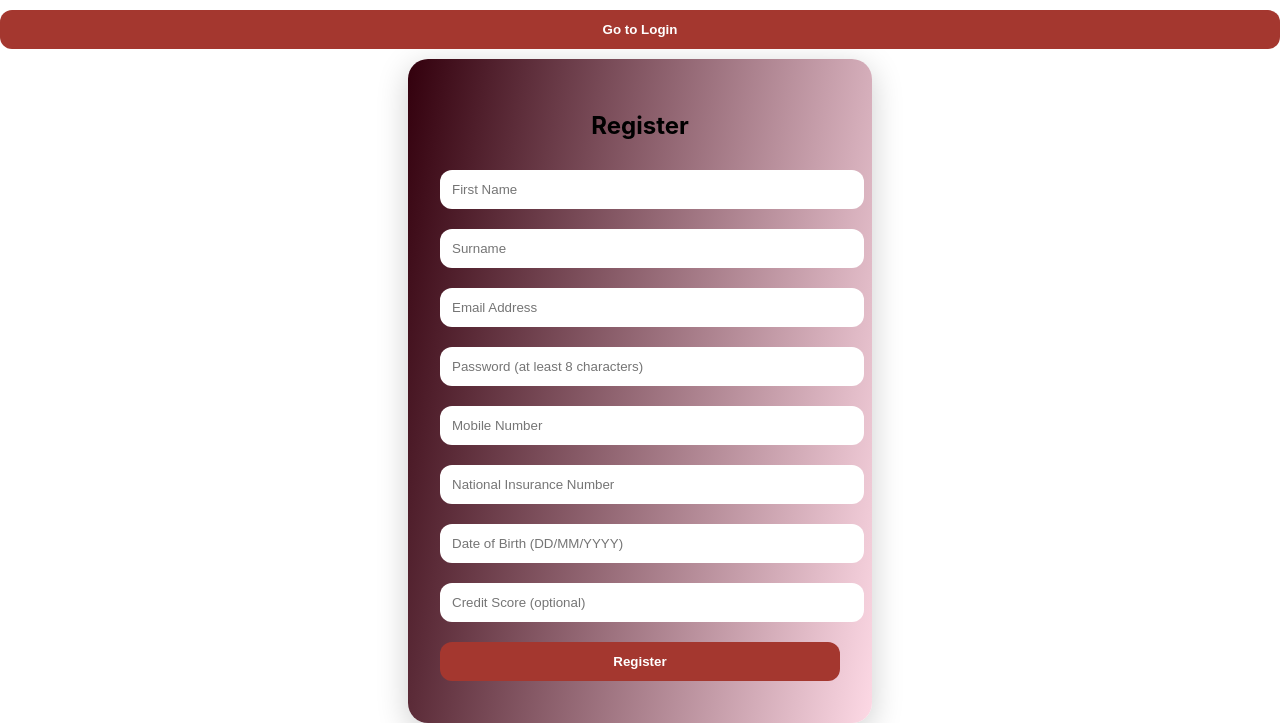
Repository: aab232/https---github.com-aab232-Deferred-Payment-Platform
Page: / (app in frontend/), after clicking the first element matching `button`
The author's editor kept a copy of each file at every save. The page is drawn from the files as they stood at one save, then again after the next save.
The browser window is 1280 px wide. The pictures show the whole page.
The project was rebuilt for these pictures with package versions that can differ from the ones it lists, and the page was loaded fresh each time.

Above is the page before, as saved 2025-03-14 01:29:29.

### frontend/src/App.js
import React, { useState } from "react";
import Register from "./components/Register";
import Login from "./components/Login";

const App = () => {
    const [showLogin, setShowLogin] = useState(true);

    return (
        <div>
            <button onClick={() => setShowLogin(!showLogin)}>
                {showLogin ? "Go to Register" : "Go to Login"}
            </button>
            {showLogin ? <Login /> : <Register />}
        </div>
    );
};

export default App;

### frontend/src/components/Register.js
import React, { useState } from "react";
import axios from "axios";
import { NumericFormat } from "react-number-format"; // Corrected import
import "./Register.css";

const Register = () => {
    const [formData, setFormData] = useState({
        firstName: "",
        surname: "",
        email: "",
        password: "",
        mobileNumber: "",
        niNumber: "",
        date_of_birth: "",
        credit_score: "",
    });

    const handleChange = (e) => {
        setFormData({ ...formData, [e.target.name]: e.target.value });
    };

    const handleSubmit = async (e) => {
        e.preventDefault();
        try {
            const response = await axios.post("http://localhost:5000/register", formData);
            alert(response.data.message);
        } catch (error) {
            alert(error.response?.data.message || "Registration failed.");
        }
    };

    return (
        <div className="form-container">
            <h2>Register</h2>
            <form onSubmit={handleSubmit}>
                <input
                    type="text"
                    name="firstName"
                    placeholder="First Name"
                    value={formData.firstName}
                    onChange={handleChange}
                    required
                />
                <input
                    type="text"
                    name="surname"
                    placeholder="Surname"
                    value={formData.surname}
                    onChange={handleChange}
                    required
                />
                <input
                    type="email"
                    name="email"
                    placeholder="Email Address"
                    value={formData.email}
                    onChange={handleChange}
                    required
                />
                <input
                    type="password"
                    name="password"
                    placeholder="Password (at least 8 characters)"
                    value={formData.password}
                    onChange={handleChange}
                    required
                />
                <input
                    type="text"
                    name="mobileNumber"
                    placeholder="Mobile Number"
                    value={formData.mobileNumber}
                    onChange={handleChange}
                    required
                />
                <input
                    type="text"
                    name="niNumber"
                    placeholder="National Insurance Number"
                    value={formData.niNumber}
                    onChange={handleChange}
                    required
                />
                <NumericFormat
                    format="##/##/####"
                    mask="_"
                    name="date_of_birth"
                    placeholder="Date of Birth (DD/MM/YYYY)"
                    value={formData.date_of_birth}
                    onChange={handleChange}
                    required
                />
                <input
                    type="text"
                    name="credit_score"
                    placeholder="Credit Score (optional)"
                    value={formData.credit_score}
                    onChange={handleChange}
                />
                <button type="submit">Register</button>
            </form>
        </div>
    );
};

export default Register;

### frontend/src/components/Login.js
import React, { useState } from "react";
import axios from "axios";
import "./Login.css"; // Import the CSS for Login page

const Login = () => {
    const [formData, setFormData] = useState({
        email: "",
        password: "",
    });

    const handleChange = (e) => {
        setFormData({ ...formData, [e.target.name]: e.target.value });
    };

    const handleSubmit = async (e) => {
        e.preventDefault();
        try {
            const response = await axios.post("http://localhost:5000/login", formData);
            alert(response.data.message);
        } catch (error) {
            alert(error.response?.data.message || "Login failed.");
        }
    };

    return (
        <div className="container">
            <h2>Login</h2>
            <form onSubmit={handleSubmit}>
                {Object.keys(formData).map((field) => (
                    <input
                        key={field}
                        type={field === "password" ? "password" : "text"}
                        name={field}
                        placeholder={field}
                        value={formData[field]}
                        onChange={handleChange}
                        required
                    />
                ))}
                <button type="submit">Login</button>
            </form>
        </div>
    );
};

export default Login;

### frontend/src/components/Register.css
/* Styling for the Registration Form */
.form-container {
    max-width: 400px;
    margin: auto;
    padding: 2rem;
    background: linear-gradient(100deg, #33000D, #FDD9E5);
    border-radius: 20px;
    box-shadow: 0 8px 32px rgba(0, 0, 0, 0.2);
    text-align: center;
  }

  input, button {
    margin: 10px 0;
    padding: 12px;
    width: 100%;
    border-radius: 12px;
    border: none;
  }

  button {
    background-color: #6a11cb;
    color: white;
    font-weight: bold;
    cursor: pointer;
  }

  p {
    cursor: pointer;
    color: #6a11cb;
  }

### frontend/src/components/Login.css
/* Styling for the Login Form */
.container {
    max-width: 400px;
    margin: auto;
    padding: 2rem;
    background: linear-gradient(100deg, #33000D, #FDD9E5);
    border-radius: 20px;
    box-shadow: 0 8px 32px rgba(0, 0, 0, 0.2);
    text-align: center;
  }

  input, button {
    margin: 10px 0;
    padding: 12px;
    width: 100%;
    border-radius: 12px;
    border: none;
  }

  button {
    background-color: #a4372f;
    color: white;
    font-weight: bold;
    cursor: pointer;
  }

  p {
    cursor: pointer;
    color: #a4372f;
  }

Loaded but not shown: frontend/public/index.html (common file); frontend/src/index.js (common file); frontend/src/index.css (common file); frontend/src/reportWebVitals.js (common file)

After the next save:
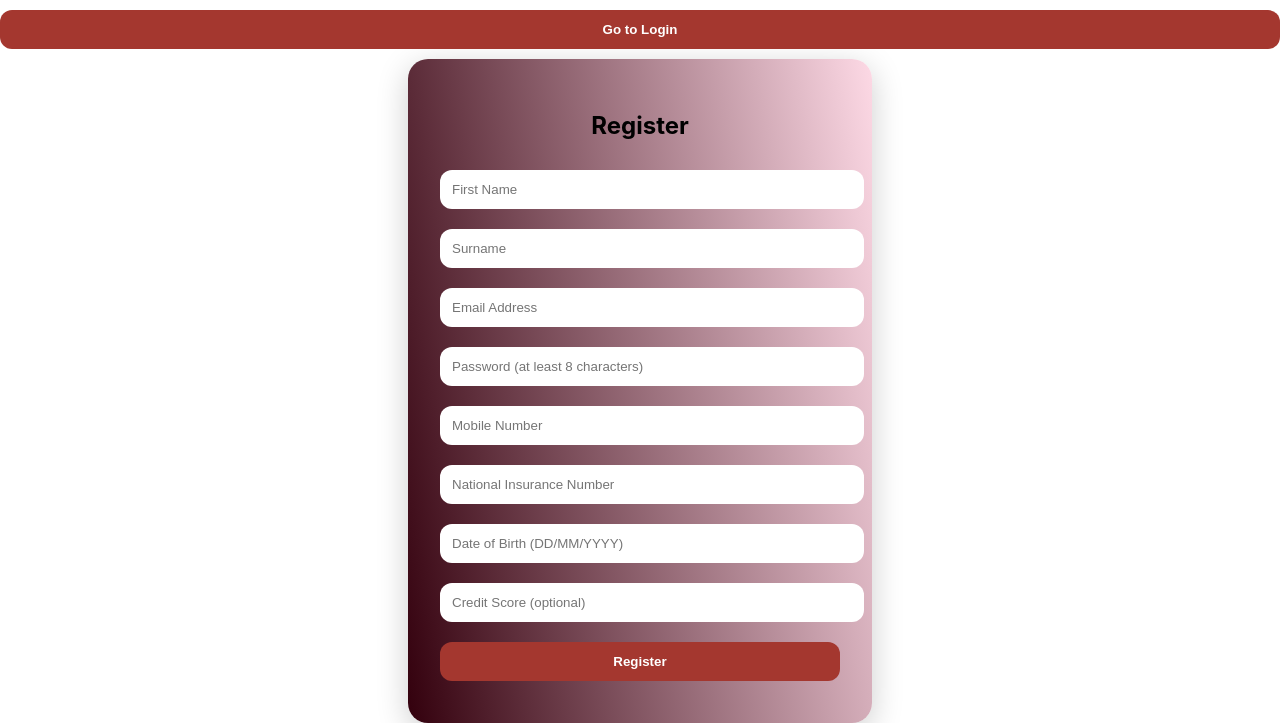
Saved 10 s later.
--- a/frontend/src/components/Register.css
+++ b/frontend/src/components/Register.css
@@ -3,7 +3,7 @@
     max-width: 400px;
     margin: auto;
     padding: 2rem;
-    background: linear-gradient(100deg, #33000D, #FDD9E5);
+    background: linear-gradient(80deg, #33000D, #FDD9E5);
     border-radius: 20px;
     box-shadow: 0 8px 32px rgba(0, 0, 0, 0.2);
     text-align: center;
